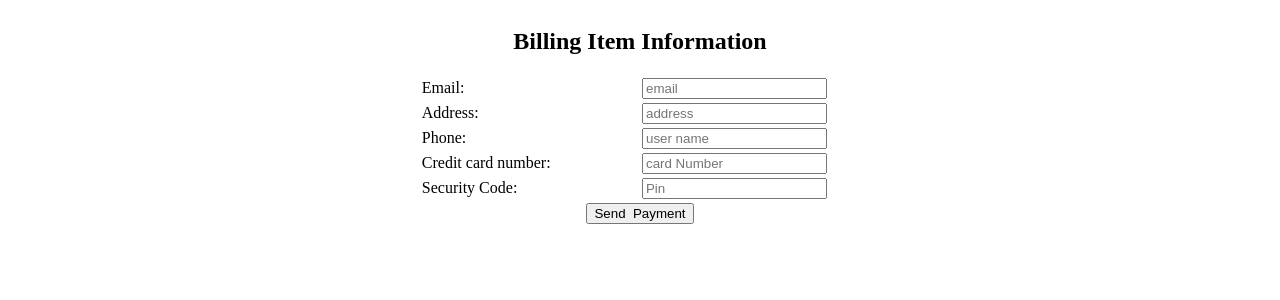
Repository: UnforgivenZZZ/bulldog
Page: http://localhost/bulldog/Orderform.jsp
An editor plug-in stored every save of this project. The page is shown before and after the next save, followed by the edit.
The browser window is 1280 px wide. The pictures show the whole page.
The page is served by Tomcat 9.

Above is the page before, as saved 2017-07-07 21:19:50.

After the next save:
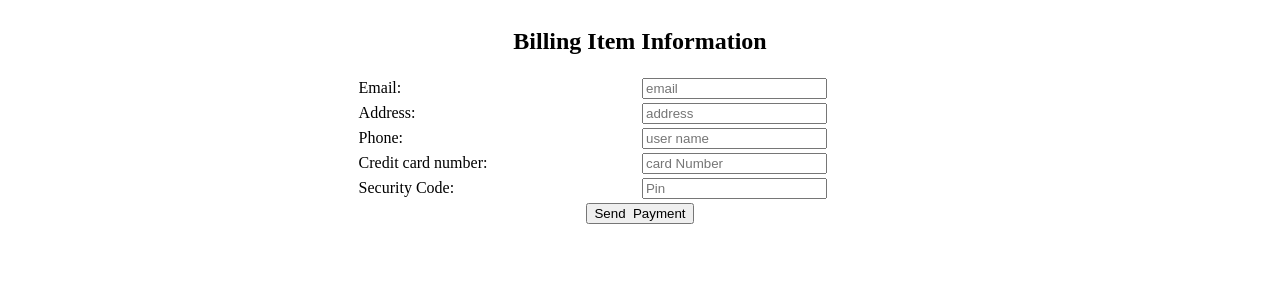
Saved 2 min 34 s later.
--- a/bulldog/WebContent/Orderform.jsp
+++ b/bulldog/WebContent/Orderform.jsp
@@ -8,7 +8,7 @@
 </head>
 <body>
     <form action="register" method="post">
-        <table border="0" width="35%" align="center">
+        <table border="0" width="45%" align="center">
             <caption><h2>Billing Item Information</h2></caption>
              <tr>
                 <td width="50%">Email: </td>
